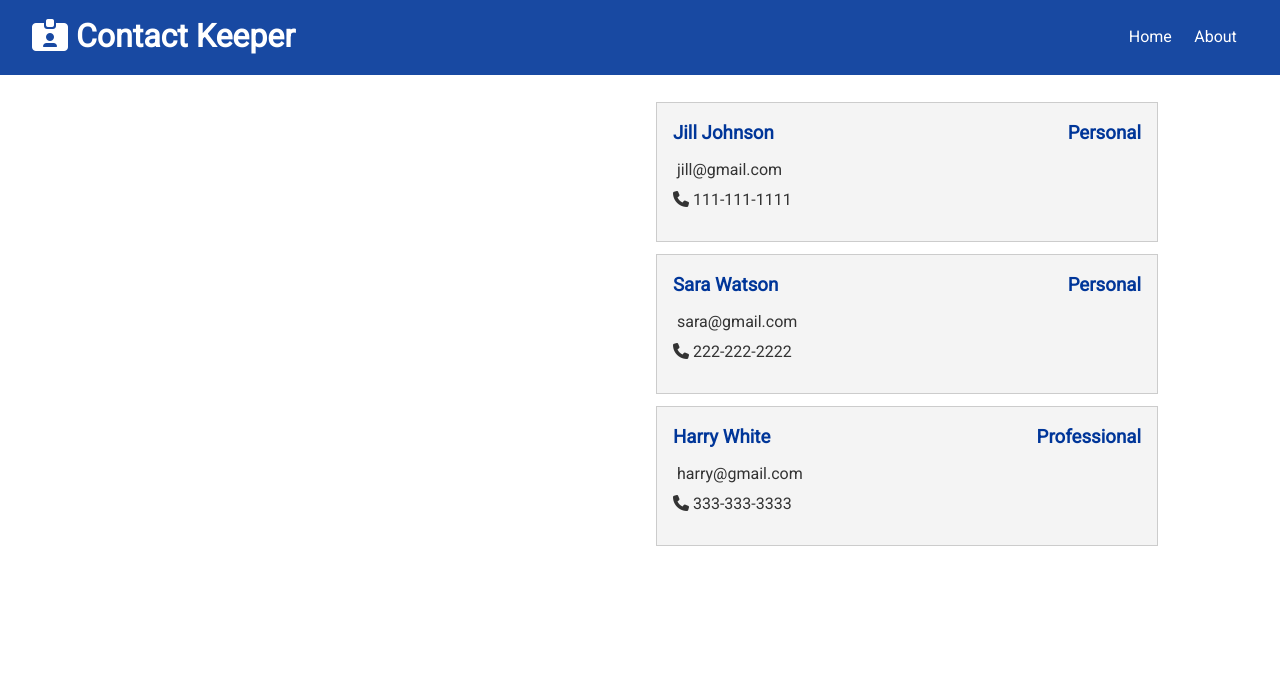
Repository: ntsangani/contact-keeper
Page: / (app in client/)
The author's editor kept a copy of each file at every save. The page is drawn from the files as they stood at one save, then again after the next save.
The browser window is 1280 px wide. The pictures show the whole page.
Some icons come from a web library that is not loaded, so they are not drawn. Some web libraries are served in a nearby version. The project was rebuilt for these pictures with package versions that can differ from the ones it lists, and the page was loaded fresh each time. A package was used in the major version that the imports need, not the one package.json lists. Also part of the build but not shown: client/src/components/layout/pages/About.js.

Above is the page before, as saved 2020-06-17 02:54:25.

After the next save:
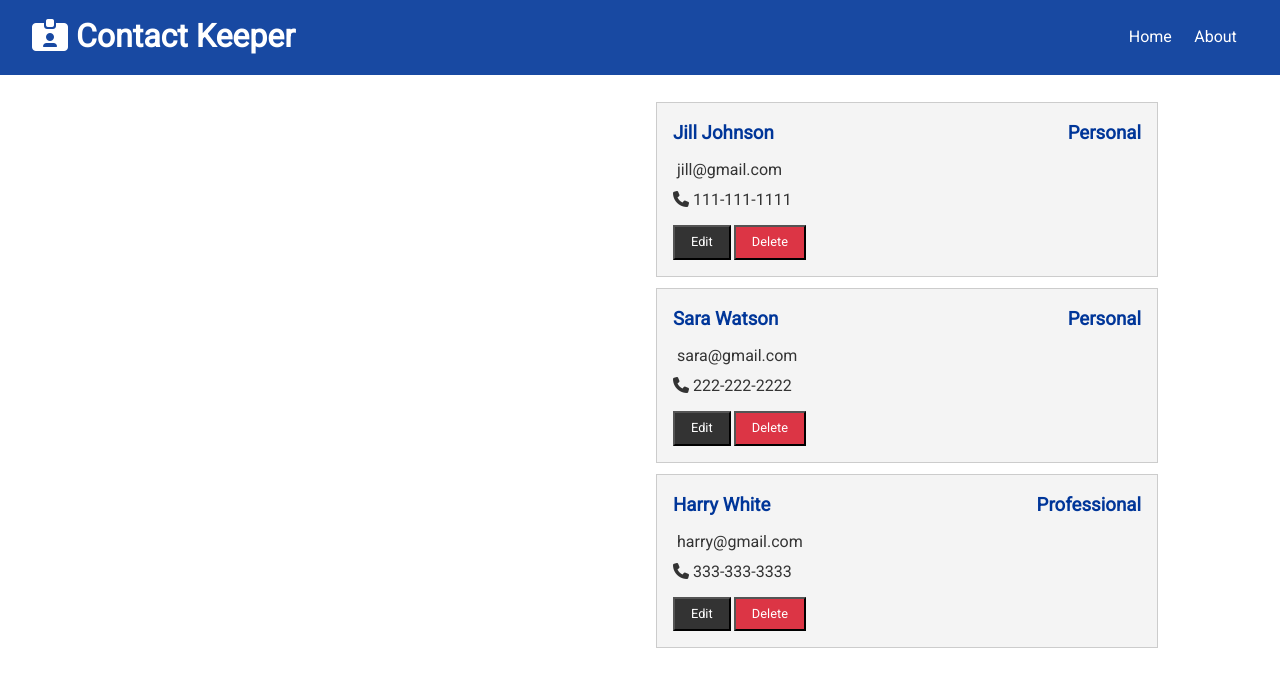
Saved 93 s later.
--- a/client/src/components/contacts/ContactItem.js
+++ b/client/src/components/contacts/ContactItem.js
@@ -29,6 +29,10 @@ const ContactItem = ({ contact }) => {
           </li>
         )}
       </ul>
+      <p>
+        <button className="btn-dark btn-sm">Edit</button>
+        <button className="btn-danger btn-sm">Delete</button>
+      </p>
     </div>
   );
 };
